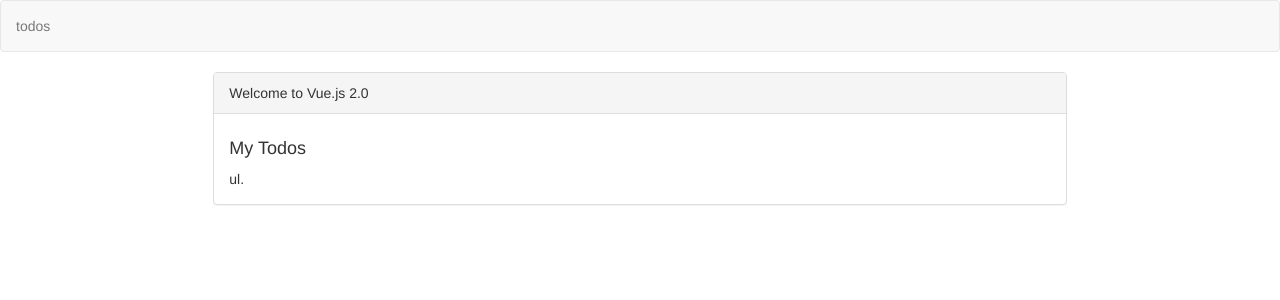
Repository: myr1111/todo
Page: Todoapp/index.html
These files come from the project's save history. The page is drawn as it stood at one moment and after a run of saves; the edit follows.
The browser window is 1280 px wide. The pictures show the whole page.

Above is the page before, as saved 2019-04-01 08:10:26.

After the next 2 saves:
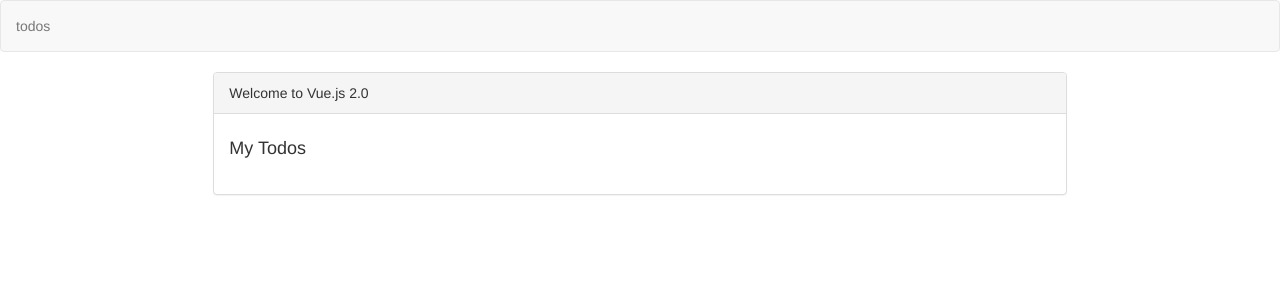
The 2 saves are shown as one change because they came seconds apart.
The last was saved 6 s later.
--- a/Todoapp/index.html
+++ b/Todoapp/index.html
@@ -18,7 +18,9 @@
                 <div class=" panel-heading">Welcome to Vue.js 2.0</div>
                 <div class="panel-body">
                     <h4>My Todos</h4>
-                    ul.
+                    <ul class="list-group">
+
+                    </ul>
                 </div>
             </div>
         </div>
